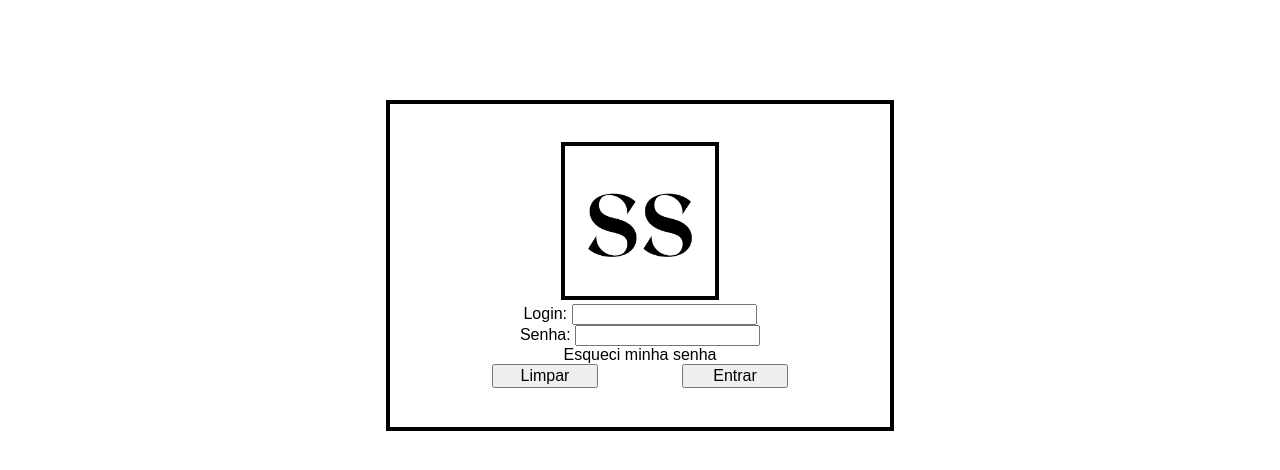
Repository: FaculdadeSenaiJoinville/PiMichelBaade
Page: http://localhost/ProjetoIndividual/
These files come from the project's save history. The page is drawn as it stood at one moment and after the next save; the edit follows.
The browser window is 1280 px wide. The pictures show the whole page.
The page is served by Tomcat 9. Other server files are loaded and not shown.

Above is the page before, as saved 2021-08-10 23:56:32.

### ProjetoIndividual/WebContent/index.html
<!DOCTYPE html>
<html lang="pt-br">
<head>
	<meta charset="UTF-8">
	<meta name="description" content="Site da Software dos Sonhos">
	<meta name="keywords" content="Padaria, Software, Sonhos">
	<meta name="author" content="Michel Baade">
	<meta name="viewport" content="width=device-width, initial-scale=1.0">
	<title>Software dos Sonhos</title>
	<link rel="stylesheet" type="text/css" href="css/site.css">
</head>
<body>
	<form name="frmlogin" method="post" action="#">
		<div id="camposlogin"><img src="imgs/logo.png" alt="Logo da Software dos Sonhos"><br>

		<label for="login">Login: </label>
		<input type="text" name="txtlogin" id="login"><br>
		<label for="senha">Senha: </label>
		<input type="password" name="txtsenha" id="senha"><br>

		<a>Esqueci minha senha</a><br>
		<button type="reset">Limpar</button><button type="reset">Entrar</button>

		</div>
	</form>
</body>
</html>

### ProjetoIndividual/WebContent/css/site.css
@charset "UTF-8";

body{
	width: 100%;
	margin: 0 auto;
	font-family: "Century Gothic", sans-serif;
	height: 100%;
}
img{
	border:4px solid #000;
	height: 150px;
	width: 150px;
}
form{
	border:4px solid #000;
	width: 33%;
	margin: 100px auto;
	height: 33%;
	padding: 3%;
}
div {
  text-align: center;
}
a {
	margin-top: 5px;
}
button {
	width: 25%;
	font-size: 16px;
	margin: 0 10%;
}

After the next save:
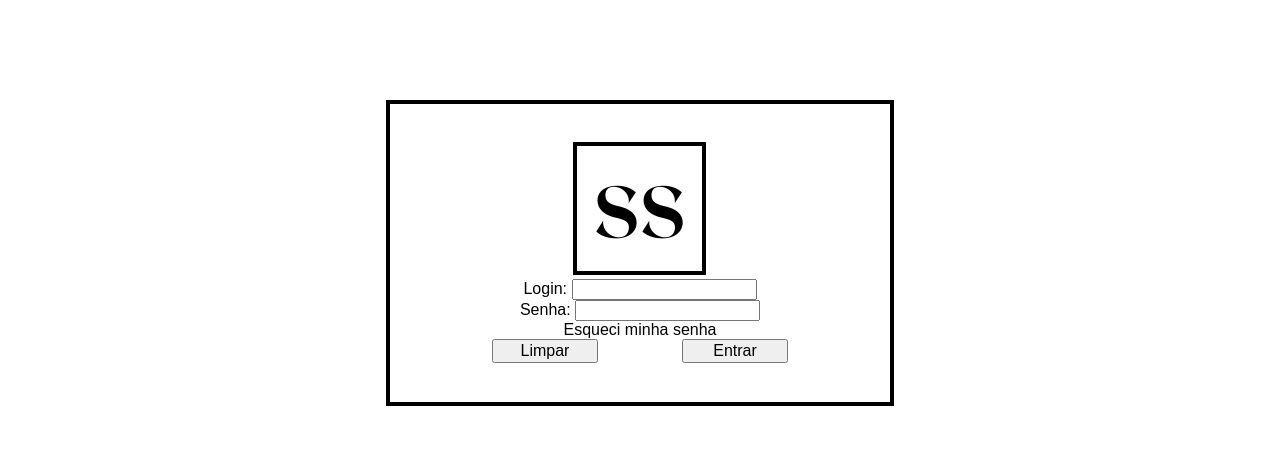
Saved 55 s later.
--- a/ProjetoIndividual/WebContent/css/site.css
+++ b/ProjetoIndividual/WebContent/css/site.css
@@ -8,8 +8,8 @@ body{
 }
 img{
 	border:4px solid #000;
-	height: 150px;
-	width: 150px;
+	height: 125px;
+	width: 125px;
 }
 form{
 	border:4px solid #000;
